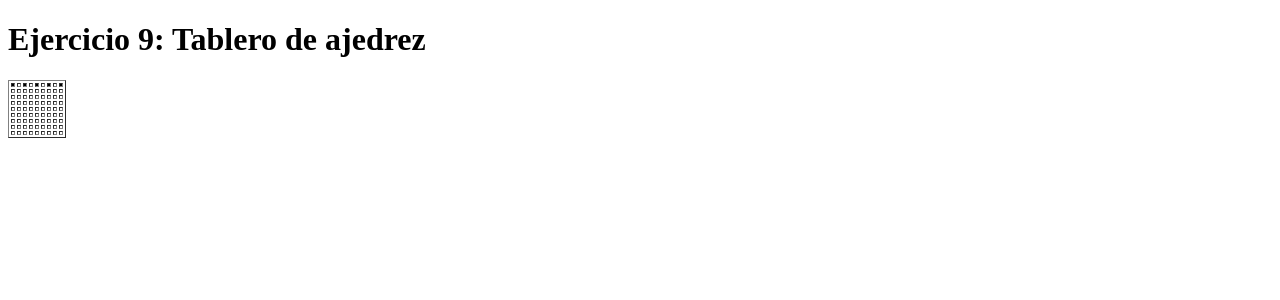
Repository: Ibizus/ejercicios_JSP
Page: http://localhost/ejercicios_Hector/ejercicio9/main.jsp
These files come from the project's save history. The page is drawn as it stood at one moment and after the next save; the edit follows.
The browser window is 1280 px wide. The pictures show the whole page.
The page is served by Tomcat 9.

Above is the page before, as saved 2023-11-15 17:52:59.

After the next save:
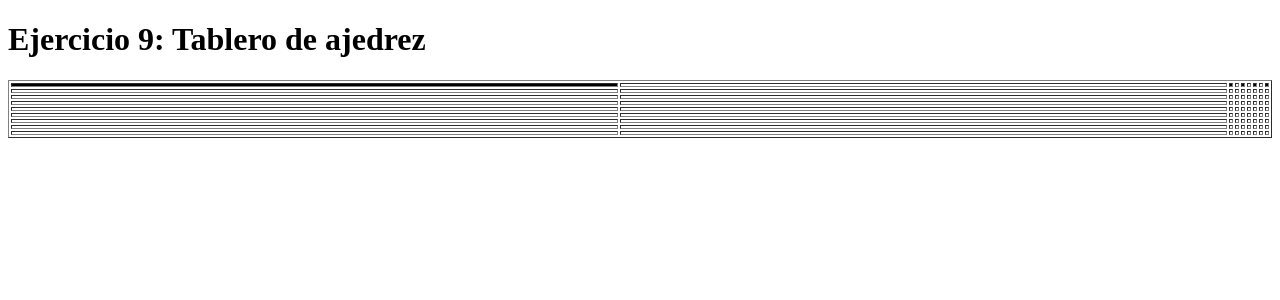
Saved 35 s later.
--- a/ejercicios_Hector/src/main/webapp/ejercicio9/main.jsp
+++ b/ejercicios_Hector/src/main/webapp/ejercicio9/main.jsp
@@ -16,7 +16,7 @@
 		<tr>
 		<% for(int j=0; j<=8; j++){
 		%>
-			<td bgcolor="
+			<td width="50%" bgcolor="
 				<%
 				if(i+j %2 == 0){
 				%>
